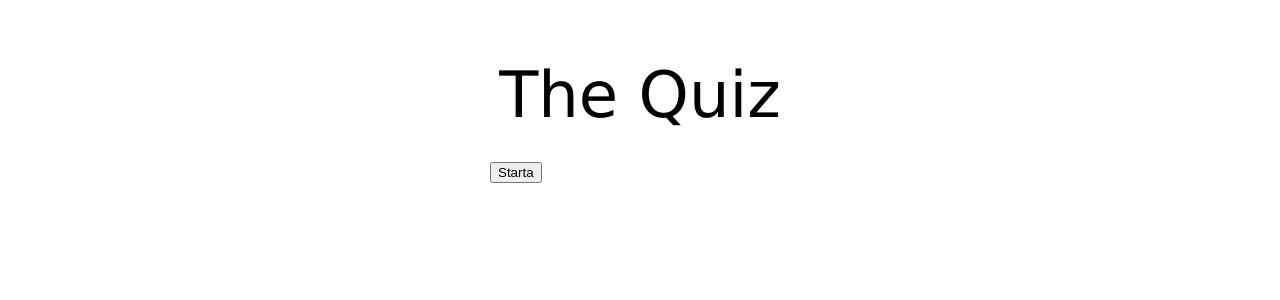
Repository: aa223gg/1dv403-laborationer
Page: 4-forms/index.html
The author's editor kept a record of every edit. The page is drawn from the files as they stood at one moment, then again after the next edit.
The browser window is 1280 px wide. The pictures show the whole page.

Above is the page before.

After the next edit:
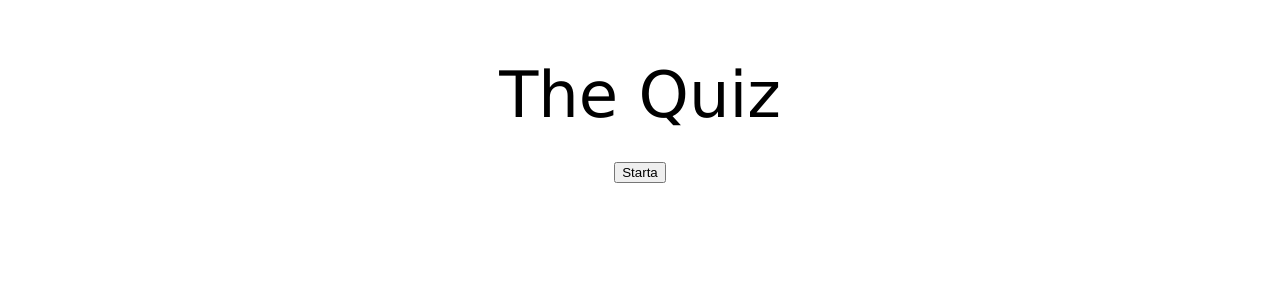
The edit:
--- a/4-forms/style.css
+++ b/4-forms/style.css
@@ -1,4 +1,5 @@
 #container {overflow: auto; margin: 0 auto;}
 #header {text-align: center; font-family: "Verdana"; font-size: 4em; padding-bottom: 30px; padding-top: 50px;}
 
-#content {margin: 0 auto; background-color: #FFF; width: 300px; border-radius: 5px;}
+#content {margin: 0 auto; width: 300px; text-align: center;}
+#question {padding: 20px; }
